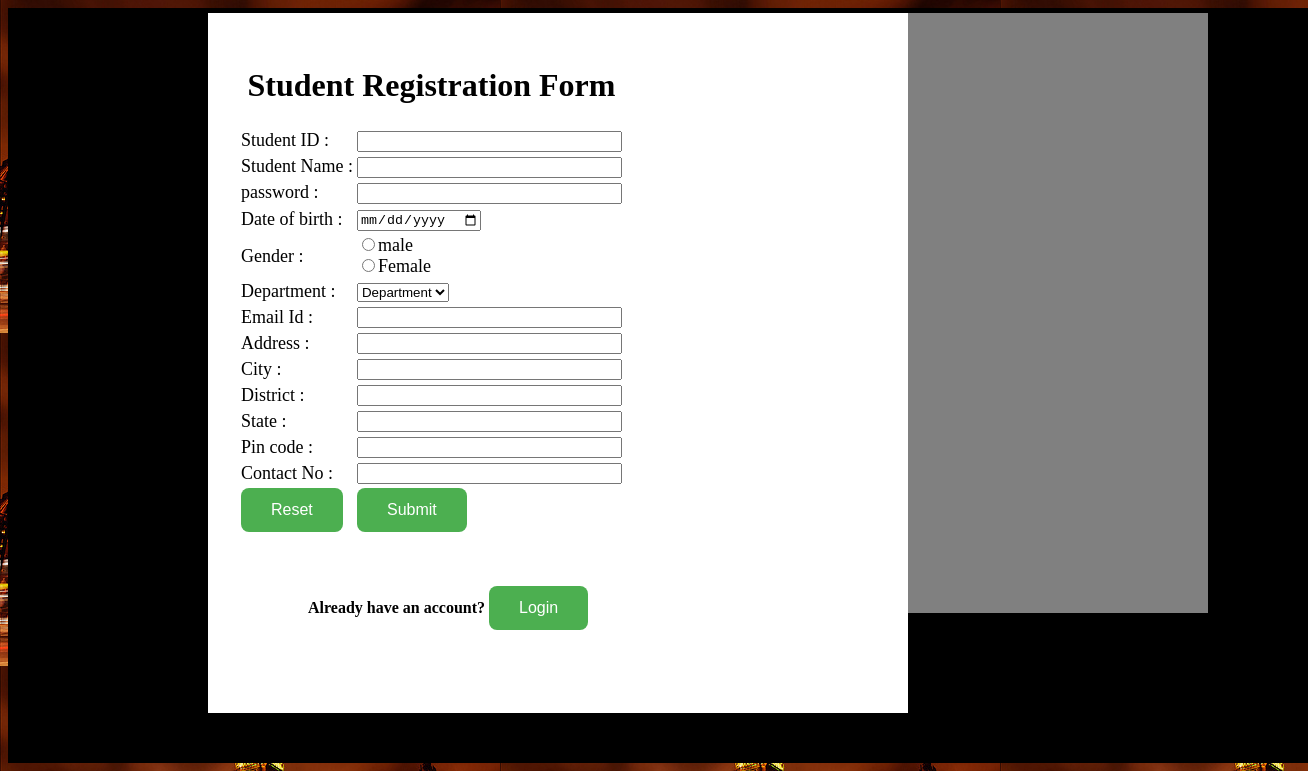
Repository: srikanthModugu/jdbc-servlet-jsp
Page: SutudentRegistration/WebContent/Registration.html
The author's editor kept a copy of each file at every save. The page is drawn from the files as they stood at one save, then again after the next save.
The browser window is 1280 px wide. The page is 1308 px wide, so the pictures cover 1308 px, including what lies to the right of the window. The pictures show the whole page.

Above is the page before, as saved 2017-10-02 14:39:43.
Console error: SyntaxError: Unexpected end of input

After the next save:
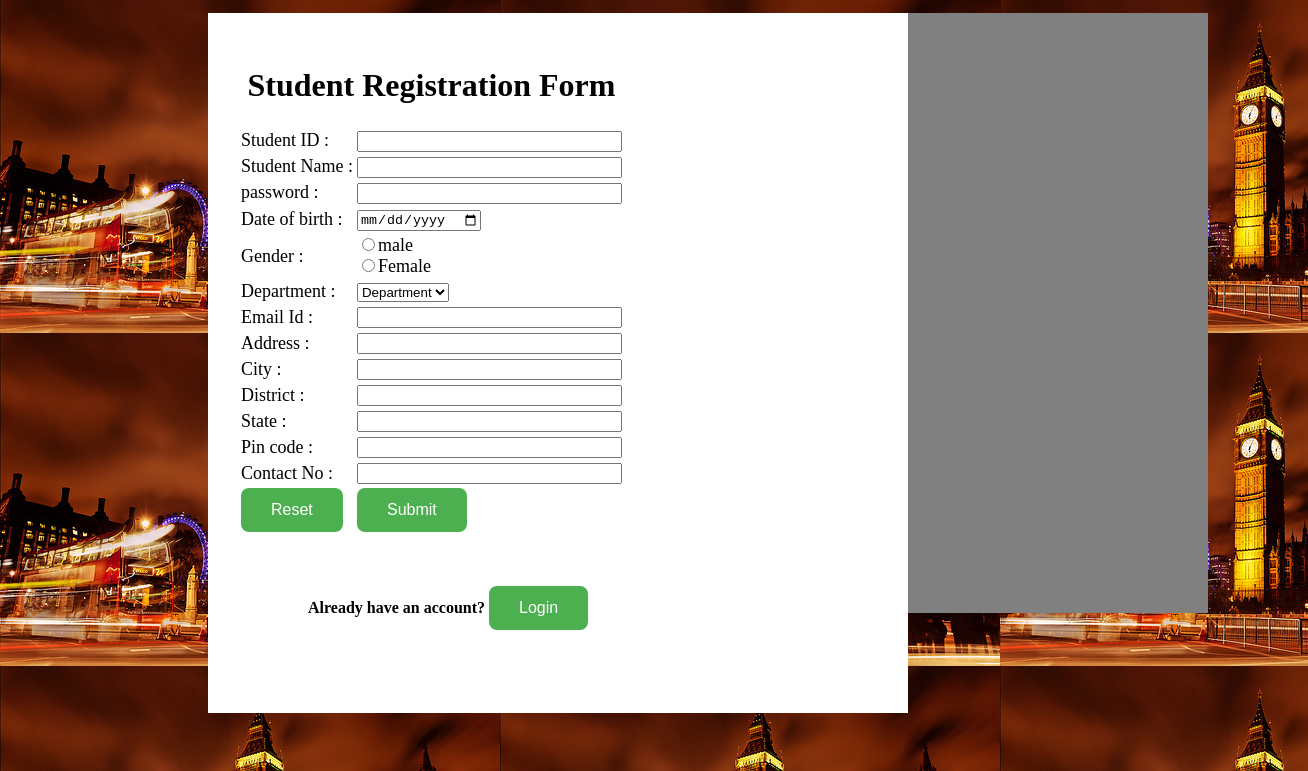
Saved 26 s later.
--- a/SutudentRegistration/WebContent/Registration.html
+++ b/SutudentRegistration/WebContent/Registration.html
@@ -57,12 +57,12 @@ function validateform(){
 
 </head>
 <body background="fristBg.jpg">
-	<div style="height: 755px; width: 1300px; background-color: black">
+	<div style="height: 755px; width: 1300px; ">
 
 
 
 		<div
-			style="height: 5px; width: 1300px; background-color: black; color: white; float: left;">
+			style="height: 5px; width: 1300px;  color: white; float: left;">
 		</div>
 
 		<div style="height: 700px; width: 1300px; color: white; float: left;">
